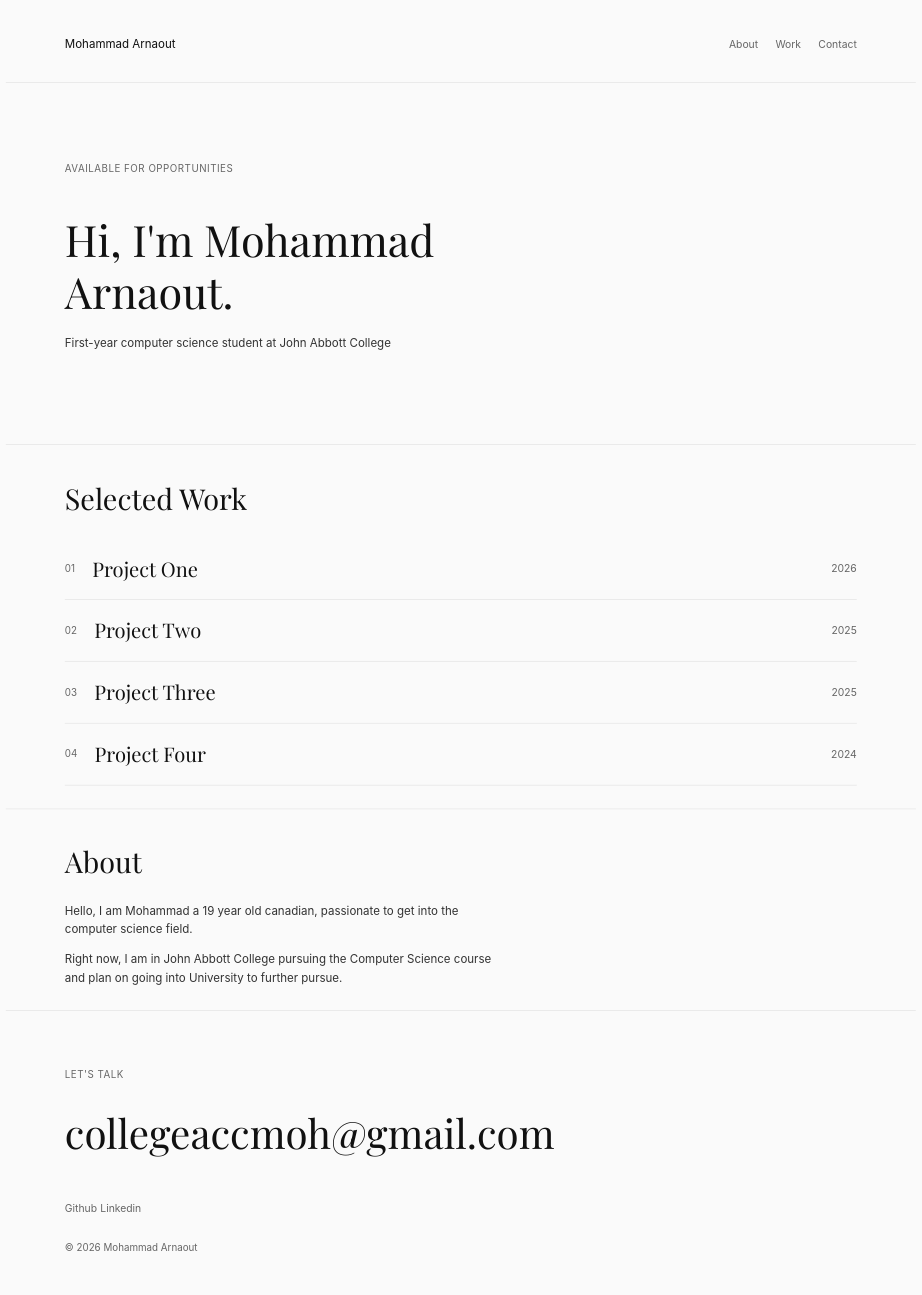
Repository: Moh-Arna/Moh-Arna
Page: index.html
The author's editor kept a copy of each file at every save. The page is drawn from the files as they stood at one save, then again after the next save.
The browser window is 1280 px wide. The pictures show the whole page, at 72% of full size.
Some web fonts or font styles are not loaded; a fallback is used.

Above is the page before, as saved 2026-05-15 22:28:09.

### index.html
<!DOCTYPE html>
<html lang=""en>
<head>
  <meta charset="UTF-8">
  <meta name="viewport" content="width=device-width, initial-scale=1.0">
  <title>[Mohammad Arnaout] — Portfolio</title>

  <link rel="stylesheet" href="./styles/globals.css">
  <link rel="stylesheet" href="./styles/index.css">
</head>

<body>

    <header class="header">

    <div class="container header-inner">

        <a href="/" class="name">Mohammad Arnaout</a>

        <nav aria-label="Main Navigation">

            <ul class="nav">

                <li>
                    <a href="#about">About</a>
                </li>

                <li>
                    <a href="#work">Work</a>
                </li>

                <li>
                    <a href="#contact">Contact</a>
                </li>

            </ul>

        </nav>

    </div>

</header>

<main>

    <section class="hero">

        <div class="container">
            <p class="top-paragraph">Available for opportunities</p>
            <h1>Hi, I'm Mohammad Arnaout.</h1>
            <p class="bottom-paragraph">First-year computer science student at John Abbott College</p>
        </div>

    </section>

    <section id="work">

      <div class="container">

        <h2 class="section-title">Selected Work</h2>

        <ol class="work-list">

          <li>
            <a href="./project-detail-p1.html" class="work-item">
              <span class="work-number">01</span>
              <span class="work-title">Project One</span>
              <span class="work-year">2026</span>
            </a>
          </li>

          <li>
            <a href="./project-detail-p2.html" class="work-item">
              <span class="work-number">02</span>
              <span class="work-title">Project Two</span>
              <span class="work-year">2025</span>
            </a>
          </li>

          <li>
            <a href="./project-detail-p3.html" class="work-item">
              <span class="work-number">03</span>
              <span class="work-title">Project Three</span>
              <span class="work-year">2025</span>
            </a>
          </li>

          <li>
            <a href="./project-detail-p4.html" class="work-item">
              <span class="work-number">04</span>
              <span class="work-title">Project Four</span>
              <span class="work-year">2024</span>
            </a>
          </li>

        </ol>

      </div>

    </section>

    <section id="about">

        <div class="container">

            <h2 class="section-title">About</h2>

            <p>
                Hello, I am Mohammad a 19 year old canadian, passionate to get into the computer science field.
            </p>

            <p>
                Right now, I am in John Abbott College pursuing the Computer Science course and plan on going into University to further pursue.
            </p>

        </div>

    </section>


</main>

</body>

<footer id="contact">

    <div class="container">

        <p class="top-paragraph">Let's talk</p>

        <a href="mailto:collegeaccmoh@gmail.com" class="email">collegeaccmoh@gmail.com</a>

        <ul class="socials">

            <li>
                <a href="https://github.com/Moh-Arna" target="_blank">Github</a>
                <a href="https://github.com/Moh-Arna" target="_blank">Linkedin</a>
            </li>

        </ul>

        <p class="copyright">© 2026 Mohammad Arnaout</p>

    </div>

</footer>

</html>

### styles/globals.css
@font-face {
  font-family: 'Playfair Display';
  src: url('../assets/fonts/Playfair_Display/PlayfairDisplay-VariableFont_wght.ttf') format('truetype');
  font-weight: 400;
  font-style: normal;
  font-display: swap;
}

@font-face {
  font-family: 'Playfair Display';
  src: url('../assets/fonts/Playfair_Display/PlayfairDisplay-Italic-VariableFont_wght.ttf') format('truetype');
  font-weight: 400;
  font-style: italic;
  font-display: swap;
}

@font-face {
  font-family: 'Inter';
  src: url('../assets/fonts/Inter/Inter-VariableFont_opsz,wght.ttf') format('truetype');
  font-weight: 400;
  font-style: normal;
  font-display: swap;
}

@font-face {
  font-family: 'Inter';
  src: url('../assets/fonts/Inter/Inter-Italic-VariableFont_opsz,wght.ttf') format('truetype');
  font-weight: 400;
  font-style: italic;
  font-display: swap;
}

:root {
  --bg: #fafafa;
  --text: #111;
  --muted: #666;
  --border: #e5e5e5;
}

body {
  font-family: 'Inter', sans-serif;
  background-color: var(--bg);
  color: var(--text);
  line-height: 1.6;
}

a {
  color: inherit;
  text-decoration: none;
}

h1, h2, h3 {
  font-family: 'Playfair Display', serif;
  font-weight: 400;
  line-height: 1.2;
}

ul, ol {
  list-style: none;
  padding: 0;
}

.container {
  max-width: 1100px;
  margin: 0 auto;
  padding: 0 1.5rem;
}

/* ===== Shared: Header (used on every page) ===== */
.header {
  padding: 1.5rem 0;
  border-bottom: 1px solid var(--border);
}

.header-inner {
  display: flex;
  justify-content: space-between;
  align-items: center;
}

.nav {
  display: flex;
  gap: 1.5rem;
}

.nav a {
  color: var(--muted);
  font-size: 0.9rem;
}

.nav a:hover {
  color: var(--text);
}

/* ===== Shared: Footer (used on every page) ===== */
#contact {
  padding: 4rem 0 2rem;
  border-top: 1px solid var(--border);
}

.top-paragraph {
  font-size: 0.85rem;
  color: var(--muted);
  text-transform: uppercase;
  letter-spacing: 0.05em;
  margin-bottom: 1.5rem;
}

.email {
  font-family: 'Playfair Display', serif;
  font-size: 2rem;
  display: inline-block;
  margin-bottom: 2rem;
  word-break: break-word;
}

.socials {
  display: flex;
  gap: 1.5rem;
  margin-bottom: 2rem;
}

.socials a {
  color: var(--muted);
  font-size: 0.9rem;
}

.socials a:hover {
  color: var(--text);
}

.copyright {
  color: var(--muted);
  font-size: 0.85rem;
}

@media (min-width: 768px) {
  .email {
    font-size: 3.5rem;
  }
}

### styles/index.css
.hero {
  padding: 1rem 0.5rem;
}

.hero h1 {
  font-size: 2.5rem;
  margin-bottom: 1.5rem;
  max-width: 18ch;
}

.bottom-paragraph {
  color: #333;
  max-width: 50ch;
}

#work {
  padding: 1rem 0;
  border-top: 1px solid var(--border);
}

.section-title {
  font-size: 2rem;
  margin-bottom: 2rem;
}

.work-list li {
  border-bottom: 1px solid var(--border);
}

.work-item {
  display: flex;
  align-items: center;
  gap: 1.5rem;
  padding: 1.25rem 0;
  transition: padding 0.2s;
}

.work-item:hover {
  padding-left: 0.5rem;
}

.work-number {
  color: var(--muted);
  font-size: 0.85rem;
}

.work-title {
  font-family: 'Playfair Display', serif;
  font-size: 1.4rem;
  flex: 1;
}

.work-item:hover .work-title {
  font-style: italic;
}

.work-year {
  color: var(--muted);
  font-size: 0.9rem;
}

#about {
  padding: 1rem 0;
  border-top: 1px solid var(--border);
}

#about p {
  max-width: 60ch;
  margin-bottom: 1rem;
  color: #333;
}

@media (min-width: 768px) {
  .hero {
    padding: 6rem 0 7rem;
  }

  .hero h1 {
    font-size: 3.75rem;
  }

  .section-title {
    font-size: 2.5rem;
  }

  .work-title {
    font-size: 1.75rem;
  }
}

After the next save:
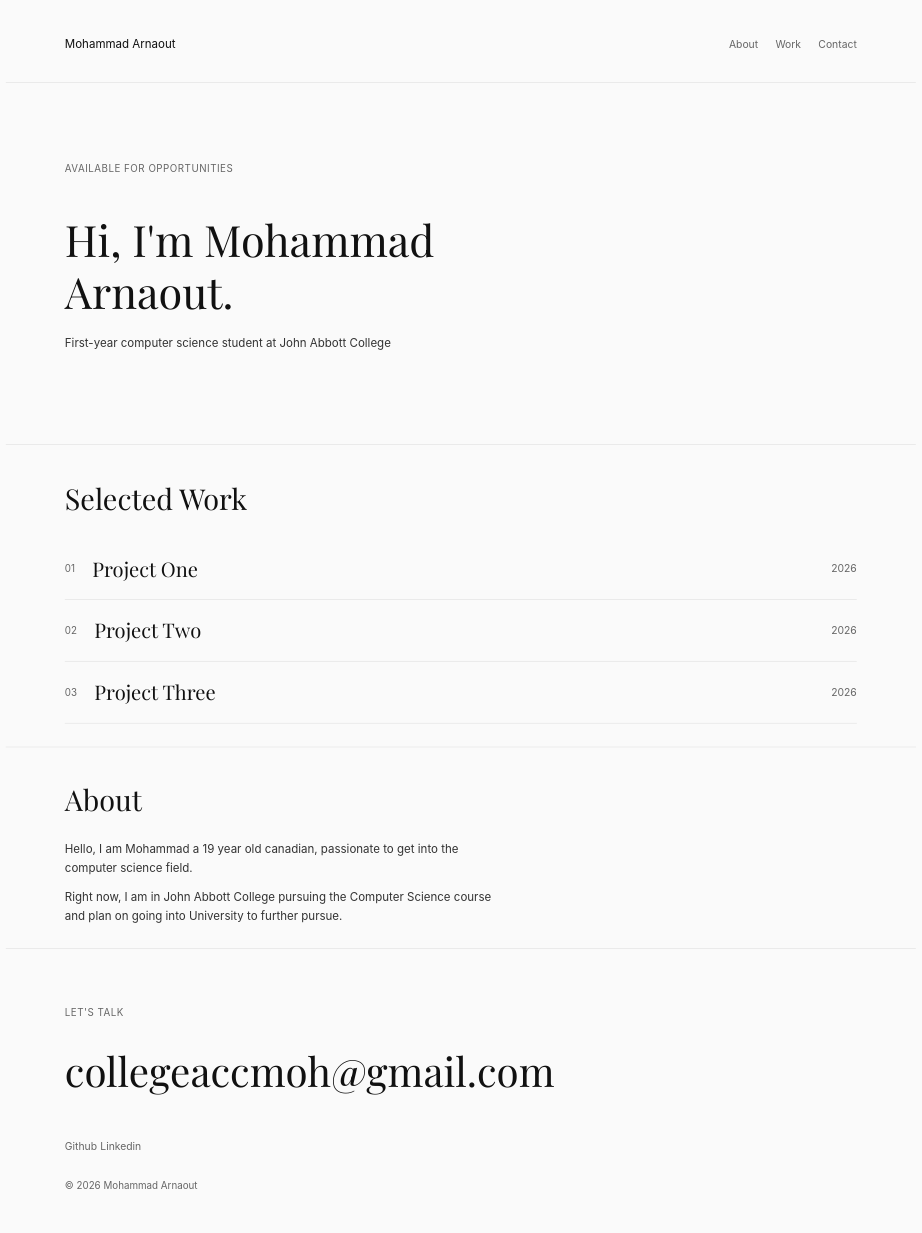
Saved 7 min 55 s later.
--- a/index.html
+++ b/index.html
@@ -73,7 +73,7 @@
             <a href="./project-detail-p2.html" class="work-item">
               <span class="work-number">02</span>
               <span class="work-title">Project Two</span>
-              <span class="work-year">2025</span>
+              <span class="work-year">2026</span>
             </a>
           </li>
 
@@ -81,15 +81,7 @@
             <a href="./project-detail-p3.html" class="work-item">
               <span class="work-number">03</span>
               <span class="work-title">Project Three</span>
-              <span class="work-year">2025</span>
-            </a>
-          </li>
-
-          <li>
-            <a href="./project-detail-p4.html" class="work-item">
-              <span class="work-number">04</span>
-              <span class="work-title">Project Four</span>
-              <span class="work-year">2024</span>
+              <span class="work-year">2026</span>
             </a>
           </li>
 
